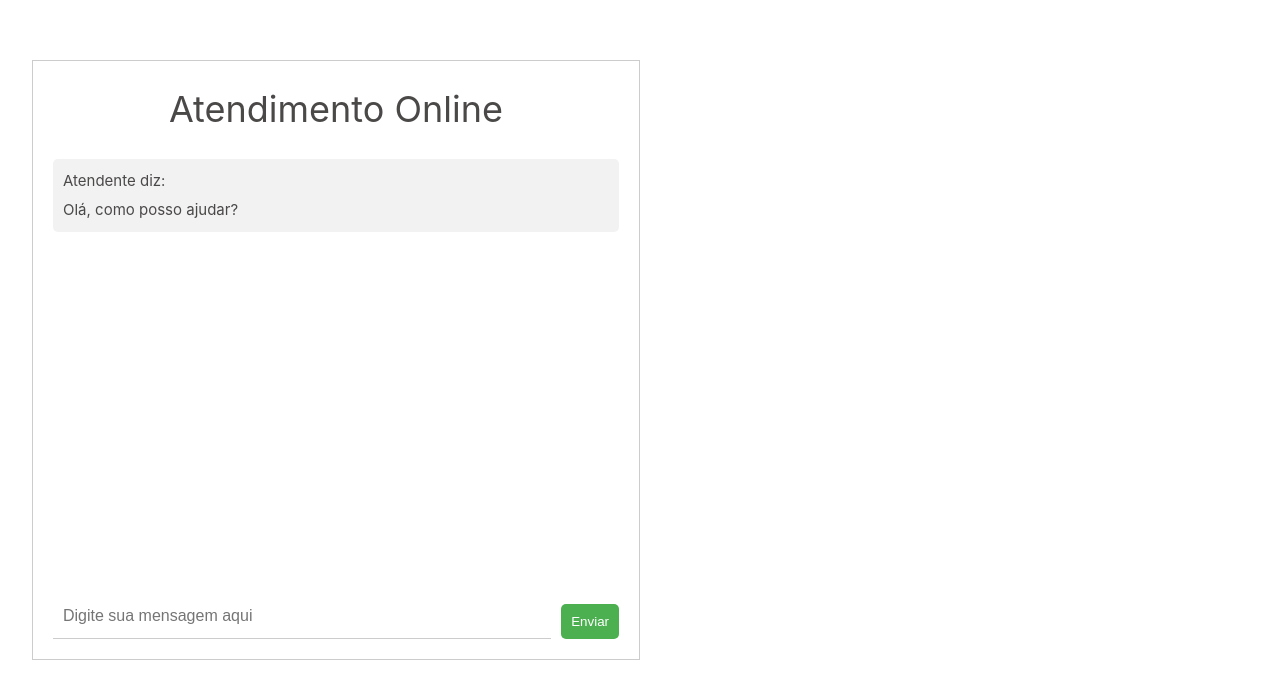
Repository: GabrielGuinzani/vueChat
Page: /
An editor plug-in stored every save of this project. The page is shown before and after the next save, followed by the edit.
The browser window is 1280 px wide. The pictures show the whole page.
Some web libraries are served in a nearby version. The project was rebuilt for these pictures with package versions that can differ from the ones it lists, and the page was loaded fresh each time. Also part of the build but not shown: vite.config.js.

Above is the page before, as saved 2023-04-19 11:53:40.

### index.html

<!DOCTYPE html>
<html lang="pt-br">
<head>
  <meta charset="UTF-8">
  <title>Vue Chat App</title>
  <script src="https://unpkg.com/vue@3.2.6/dist/vue.global.js"></script>
</head>
<body>
  <div id="app">
  </div>

  <script type="module" src="/src/main.js"></script>
</body>
</html>

### src/App.vue

<template>
  <div id="chat-screen">
    <div class="titulo">
      <h2>Atendimento Online</h2>
    </div>
    <div class="messages-list" ref="messagesList">
      <div class="message-item message-fixed">
        <div class="msg-user"><strong>Atendente diz:</strong></div>
        <div class="msg-chat">Olá, como posso ajudar?</div>
      </div>
      <div v-for="(message, index) in messages" :key="index" :class="[message.type === 'user' ? 'message-item2' : 'message-item']">
        <div class="msg-user" v-if="message.type === 'user'"><strong>{{ message.author }} diz:</strong></div>
        <div class="msg-chat">{{ message.text }}</div>
      </div>
    </div>
    <form id="form-chat-send" @submit.prevent="sendMessage">
      <input id="message" type="text" class="typebar" v-model="messageText" placeholder="Digite sua mensagem aqui">
      <button type="submit" class="botao">Enviar</button>
    </form>
  </div>
</template>


<script>
export default {
  data() {
    return {
      messages: [],
      messageText: ''
    }
  },
  methods: {
    sendMessage() {
      const messageText = this.messageText.trim();
      if (messageText !== '') {
        this.messages.push({
          type: 'user',
          author: 'Você',
          text: messageText
        });
        this.messageText = '';
        this.$nextTick(() => {
          this.scrollToBottom();
        });
      }
    },
    scrollToBottom() {
      this.$refs.messagesList.scrollTop = this.$refs.messagesList.scrollHeight;
    }
  }
}
</script>

<style>
body {
  display: flex;
  justify-content: center;
  align-items: center;
  height: 50%;
  width: 100%;
}

#app {
  width: 100%;
  height: 600px;
}

#chat-screen {
  width: 100%;
  height: 600px;
  margin: 0 auto;
  border: 1px solid #ccc;
  background-color: #fff;
  padding: 20px;
  display: flex;
  flex-direction: column;
}

.titulo {
  text-align: center;
  font-size: 24px;
  margin-bottom: 20px;
  color: rgb(75, 72, 72);
}

.messages-list {
  flex: 1;
  overflow-y: auto;
}

.message-item {
  background-color: #f2f2f2;
  border-radius: 5px;
  padding: 10px;
  margin-bottom: 10px;
  color: rgb(75, 72, 72);
}

.message-item2 {
  background-color: #e6f7ff;
  border-radius: 5px;
  padding: 10px;
  margin-bottom: 10px;
  color: rgb(75, 72, 72);
}

.msg-user {
  margin-bottom: 5px;
  color: rgb(75, 72, 72);
}

.msg-chat {
  color: rgb(75, 72, 72);
}

.typebar {
  width: 100%;
  padding: 10px;
  border: none;
  border-bottom: 1px solid #ccc;
  margin-right: 10px;
  font-size: 16px;
  color: rgb(75, 72, 72);
}

.botao {
  background-color: #4CAF50;
  color: #fff;
  border: none;
  border-radius: 5px;
  padding: 10px;
  margin-top: 10px;
  cursor: pointer;
}


  .botao:hover {
    background-color: #0b4e27;
    cursor: pointer;
  }

  #form-chat-send {
    display: flex;
    justify-content: center;
    margin-top: 20px;
  }
</style>

Loaded but not shown: src/main.js (common file); src/assets/main.css (common file); src/assets/base.css (common file)

After the next save:
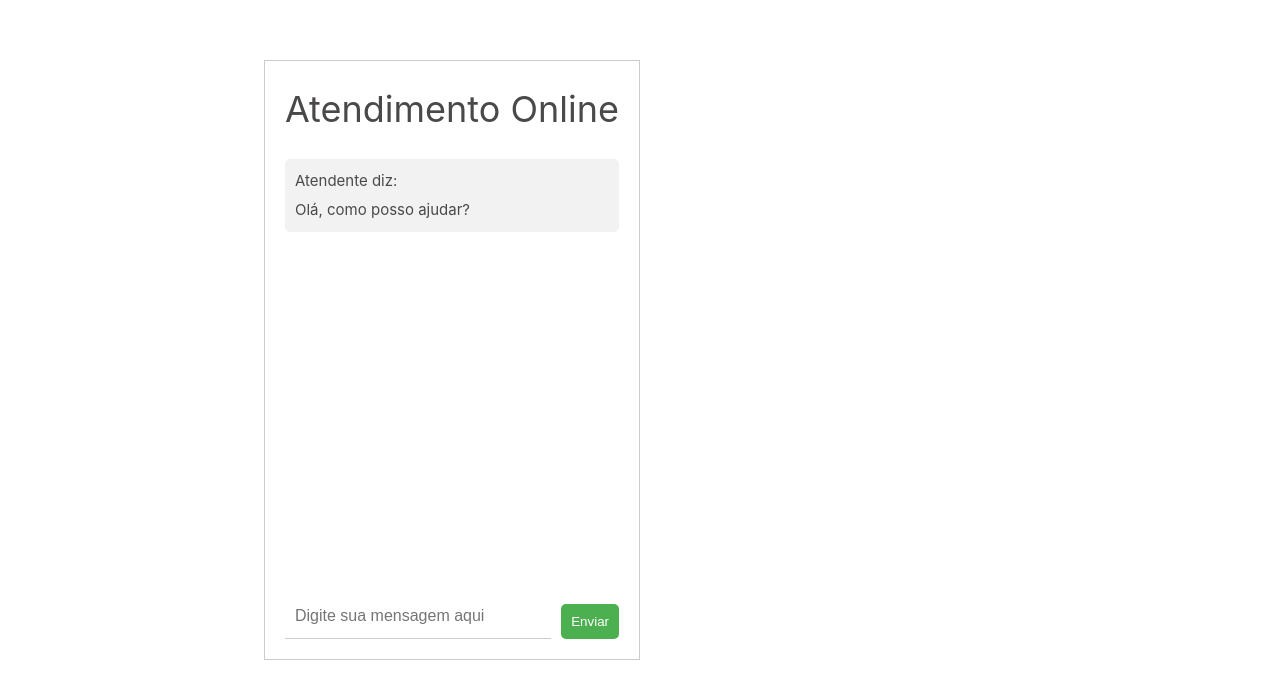
Saved 31 s later.
--- a/src/App.vue
+++ b/src/App.vue
@@ -58,12 +58,7 @@ body {
   justify-content: center;
   align-items: center;
   height: 50%;
-  width: 100%;
-}
-
-#app {
-  width: 100%;
-  height: 600px;
+  width:;
 }
 
 #chat-screen {
